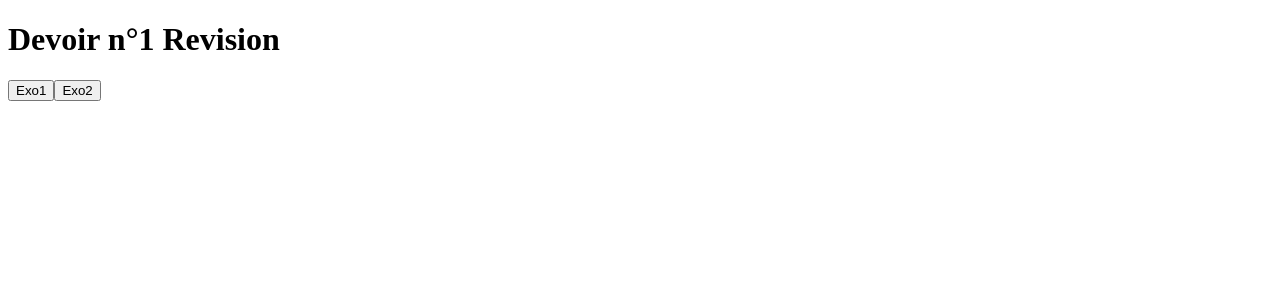
Repository: Chebani/Devoir-n1
Page: index.html
The author's editor kept a copy of each file at every save. The page is drawn from the files as they stood at one save, then again after the next save.
The browser window is 1280 px wide. The pictures show the whole page.

Above is the page before, as saved 2018-09-20 16:31:31.

After the next save:
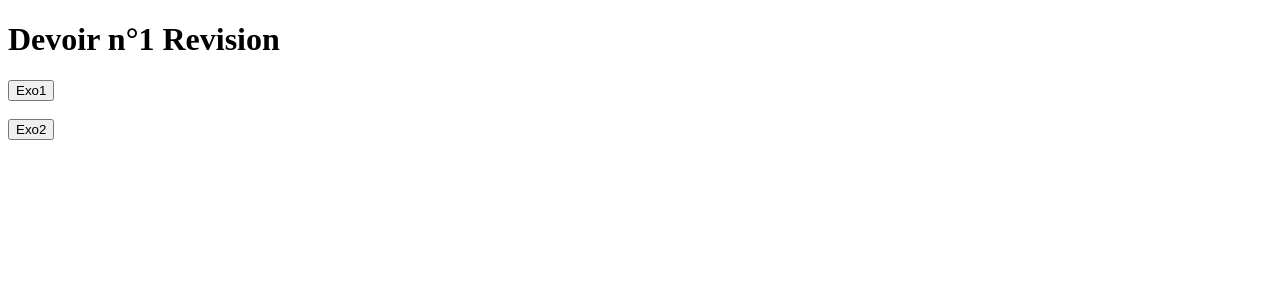
Saved 49 s later.
--- a/index.html
+++ b/index.html
@@ -21,7 +21,9 @@
 </head>
 <body>
     <h1>Devoir n°1 Revision</h1>
-    <input type="button" value="Exo1" id="btnExo1"><input type="button" value="Exo2" id="btnExo2">
+    <input type="button" value="Exo1" id="btnExo1">
+    <br><br>
+    <input type="button" value="Exo2" id="btnExo2">
     <br><br>
 
     <br><br><br>
